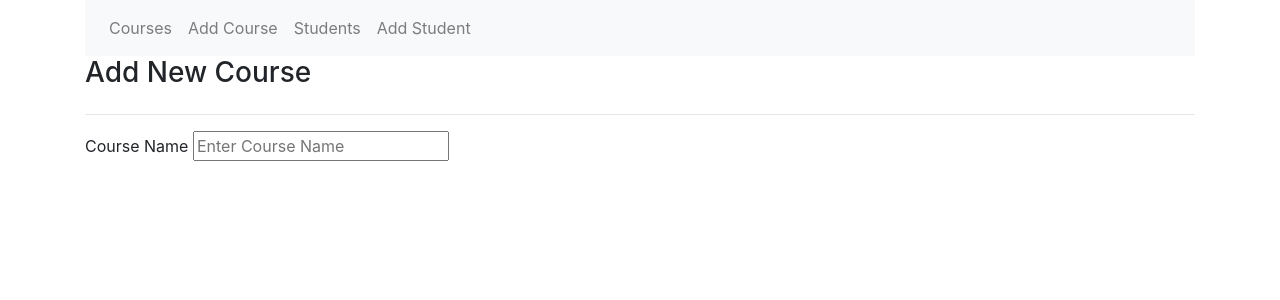
Repository: pyaephyotint22/Maven-Student-Course
Page: http://localhost/06-EL-JSTL/course-add.jsp
The author's editor kept a copy of each file at every save. The page is drawn from the files as they stood at one save, then again after the next save.
The browser window is 1280 px wide. The pictures show the whole page.
The page is served by Tomcat 9. Other server files are loaded and not shown.

Above is the page before, as saved 2020-12-20 09:04:32.

### 06-EL-JSTL/src/main/webapp/course-add.jsp
<%@ page language="java" contentType="text/html; charset=ISO-8859-1"
    pageEncoding="ISO-8859-1"%>
 <%@ taglib uri="http://java.sun.com/jsp/jstl/core" prefix="c" %>
<!DOCTYPE html>
<html>
<head>
<meta charset="ISO-8859-1">
<title>Add Course</title>
</head>
<body>
	<div class="container">
		<jsp:include page="/common/menu.jsp"></jsp:include>
		<div class="row">
			<div class="col">
			<h3>Add New Course</h3>
			</div>
		</div>
			<div class="row">
			<div class="col">
			<hr />
				<form action="#" class="form">
					<div class="form-group">
					<label>Course Name</label>
					<input type="text" name="coursename" required="required" placeholder="Enter Course Name">
					</div>
				</form>
				</div>
			</div>
		</div>
</body>
</html>

### 06-EL-JSTL/src/main/webapp/common/menu.jsp
<%@ page language="java" contentType="text/html; charset=ISO-8859-1"
    pageEncoding="ISO-8859-1"%>
 <%@ taglib uri="http://java.sun.com/jsp/jstl/core"  prefix="c"%>

  <c:url value="/common/css/bootstrap.min.css" var="bsCSS"></c:url>
  <c:url value="/common/js/bootstrap.min.js" var="bsJS"></c:url>
   <c:url value="/common/js/jquery.min.js" var="jqJS"></c:url>


<link href="${bsCSS }" rel="stylesheet" type="text/css"/>
<script type="text/javascript" src="${jqJS }"></script>
<script type="text/javascript" src="${bsJS }"></script>
<nav class="navbar navbar-expand-lg navbar-light bg-light">
			  <ul class="navbar-nav">

			  <li class="nav-item">
                <a class="nav-link" href="<%= pageContext.getServletContext().getContextPath() %>">Courses</a>
             </li>
		        <li class="nav-item">
		        <c:url value="/course-add.jsp" var="courseAdd"></c:url>
		          <a class="nav-link" href="${courseAdd}">Add Course</a>
		        </li>
		        <li class="nav-item">
		        <c:url value="/students.jsp" var="student"></c:url>
                <a class="nav-link" href="${student }">Students</a>
             </li>
		        <li class="nav-item">
		        <c:url value="/student-add.jsp" var="studentAdd"></c:url>
		          <a class="nav-link" href="${studentAdd}">Add Student</a>
		        </li>
			  </ul>
		</nav>

Loaded but not shown: 06-EL-JSTL/src/main/webapp/common/css/bootstrap.min.css (library); 06-EL-JSTL/src/main/webapp/common/js/jquery.min.js (library); 06-EL-JSTL/src/main/webapp/common/js/bootstrap.min.js (library)

After the next save:
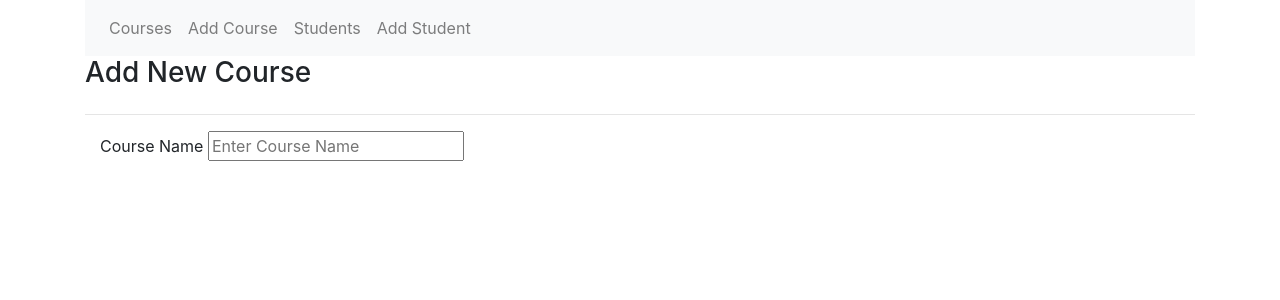
Saved 105 s later.
--- a/06-EL-JSTL/src/main/webapp/course-add.jsp
+++ b/06-EL-JSTL/src/main/webapp/course-add.jsp
@@ -18,7 +18,7 @@
 			<div class="row">
 			<div class="col">
 			<hr />
-				<form action="#" class="form">
+				<form action="#" class="form col-6">
 					<div class="form-group">
 					<label>Course Name</label>
 					<input type="text" name="coursename" required="required" placeholder="Enter Course Name">
